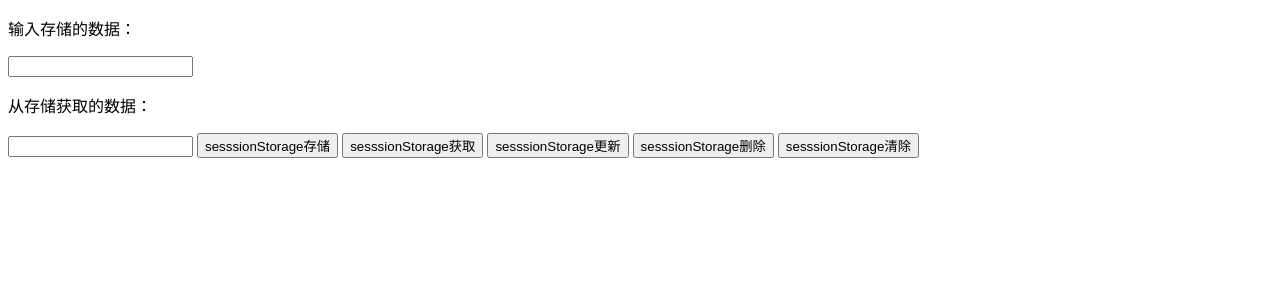
Repository: vidiewei/Learn-Practice
Page: 前端代码实践/web存储.html
The author's editor kept a copy of each file at every save. The page is drawn from the files as they stood at one save, then again after the next save.
The browser window is 1280 px wide. The pictures show the whole page.

Above is the page before, as saved 2021-12-13 16:31:15.

After the next save:
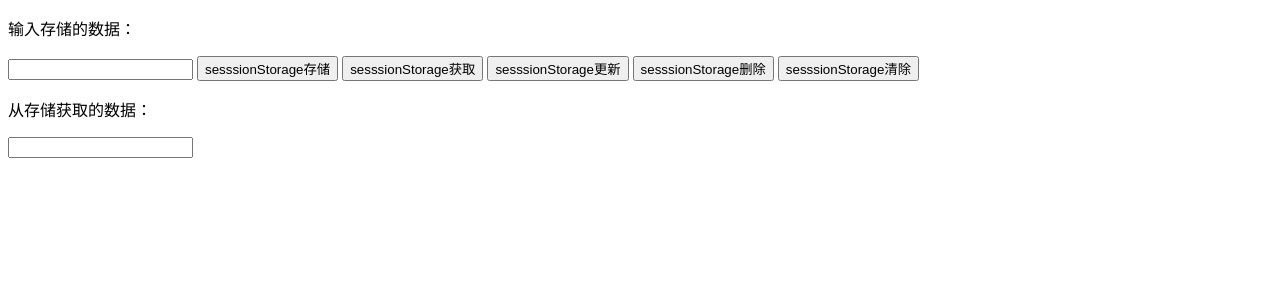
Saved 22 s later.
--- a/前端代码实践/web存储.html
+++ b/前端代码实践/web存储.html
@@ -7,13 +7,13 @@
   <body>
     <p>输入存储的数据：</p>
     <input type="text" id="input" />
-    <p>从存储获取的数据：</p>
-    <input type="text" id="output" />
     <button>sesssionStorage存储</button>
     <button>sesssionStorage获取</button>
     <button>sesssionStorage更新</button>
     <button>sesssionStorage删除</button>
     <button>sesssionStorage清除</button>
+    <p>从存储获取的数据：</p>
+    <input type="text" id="output" />
     <script>
       // 在h5中提供两种web存储方式:
       // 1) sessionStorage  session（会话，会议） 5M  当窗口关闭是数据销毁  内存
